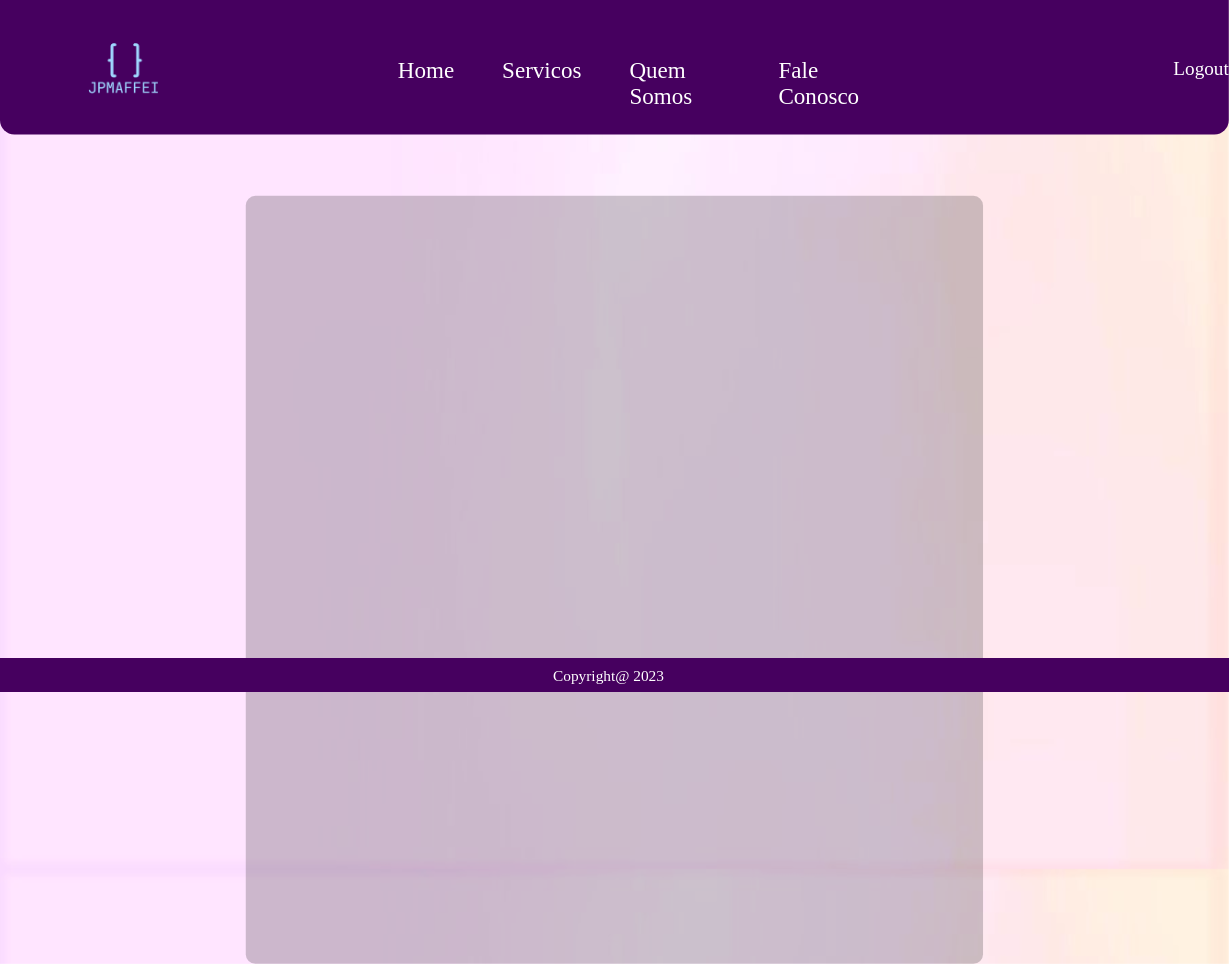
Repository: jpmaffei18/PROJETO_JAVA
Page: http://localhost/FinalWeb/home.jsp
These files come from the project's save history. The page is drawn as it stood at one moment and after the next save; the edit follows.
The browser window is 1280 px wide. The pictures show the whole page, at 96% of full size.
Backgrounds fixed to the window are drawn as part of the page. The page is served by Tomcat 9. Other server files are loaded and not shown.

Above is the page before, as saved 2023-04-03 13:01:49.

### FinalWeb/src/main/webapp/home.jsp

<!DOCTYPE html>
<html lang="en">
    <head>
        <meta charset="UTF-8">
        <meta http-equiv="X-UA-Compatible" content="IE=edge">
        <meta name="viewport" content="width=device-width, initial-scale=1.0">
        <link href="home.css" rel="stylesheet">
        <link href="imagens/icon.png" rel="icon">
        <title>HOME</title>
    </head>
<body>
  <header>
  <img src="imagens/logo.png" class="logo">

    <ul>
        <li> Home</li>
        <li> Servicos</li>
        <li> Quem Somos</li>
        <li> Fale Conosco</li>
    </ul>

    <div class="logincadastro">
    <p><a href="logincadastro.jsp" action="LogoutServlet">Logout
    </div>

</header>

<div class="conteudo">

</div>




<footer class="rodape"> <p>Copyright@ 2023</p> </footer>
</body>
</html>

### FinalWeb/src/main/webapp/home.css
@charset "ISO-8859-1";

body{
    	margin: 0;
        background: url(imagens/fundoroxo.jpg) center center no-repeat fixed;
        -webkit-background-size: cover;
        -moz-background-size: cover;
        -o-background-size: cover;
        background-size: cover;
        overflow: scroll;
      }


header{
    background-color: #46005F;
    width: 100%;
    height: 140px;
    border-bottom-left-radius: 15px;
    border-bottom-right-radius: 15px;
    color: white;
    display: flex;
}

.logo{
    width: 15%;
    height: 150px;
    margin-left: 3%;
}

header ul{
    display: flex;
    margin-left: 8%;
    margin-top:60px;
}

header li{
    list-style: none;
    font-size: 24px;
    margin-left: 50px;
}

.conteudo{
    background-color: rgba(0,0,0,.20);
    width: 60%;
    height:800px;
    margin: auto;
    margin-top: 5%;
    border-radius:10px;
}

.logincadastro{
    display: flex;
    margin-left: 300px;
    margin-top: 40px;
    font-size: 20px;


}

.logincadastro p{
    margin-left: 5px;
    color:white;
}

.logincadastro a{
    text-decoration: none;
    color: white;
}

.rodape{
background: #46005F;
width: 100%;
height: 35px;
position: fixed;
bottom: 0;
left: 0;
}

.rodape p{
	margin-left: 45%;
	margin-top: 10px;
	color:white;
}

After the next save:
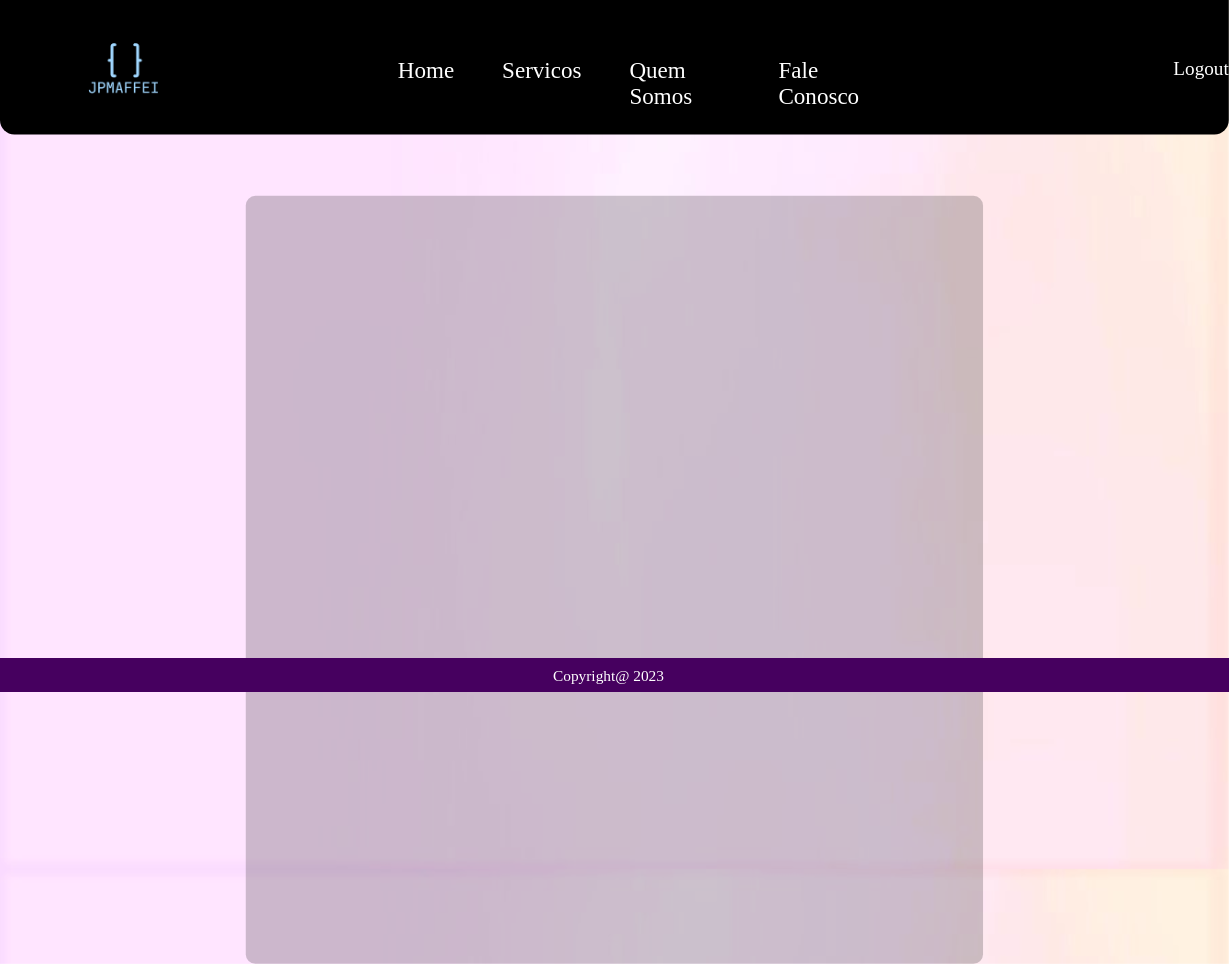
Saved 46 h 15 min later.
--- a/FinalWeb/src/main/webapp/home.css
+++ b/FinalWeb/src/main/webapp/home.css
@@ -12,7 +12,7 @@ body{
 
 
 header{
-    background-color: #46005F;
+    background-color: black;
     width: 100%;
     height: 140px;
     border-bottom-left-radius: 15px;
